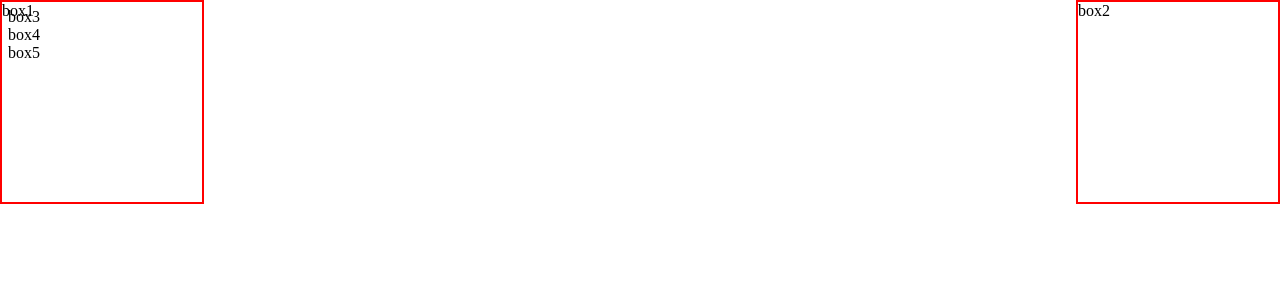
Repository: ABDUSALIMSUBAHIELBASHI/full-html-css-js
Page: Desktop/coding/css/index.html
The author's editor kept a copy of each file at every save. The page is drawn from the files as they stood at one save, then again after the next save.
The browser window is 1280 px wide. The pictures show the whole page.

Above is the page before, as saved 2025-09-16 08:52:11.

After the next save:
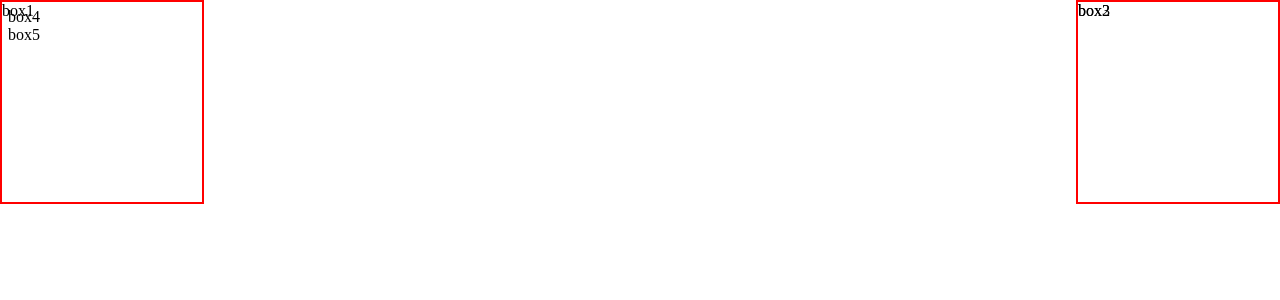
Saved 17 s later.
--- a/Desktop/coding/css/index.html
+++ b/Desktop/coding/css/index.html
@@ -11,6 +11,14 @@
            left: 0px;
         }
            .box2{
+           width: 200px;
+           height:200px ;
+           border: 2px solid red;
+           position: absolute;
+           top: 0px;
+           right: 0px;
+        }
+             .box3{
            width: 200px;
            height:200px ;
            border: 2px solid red;
